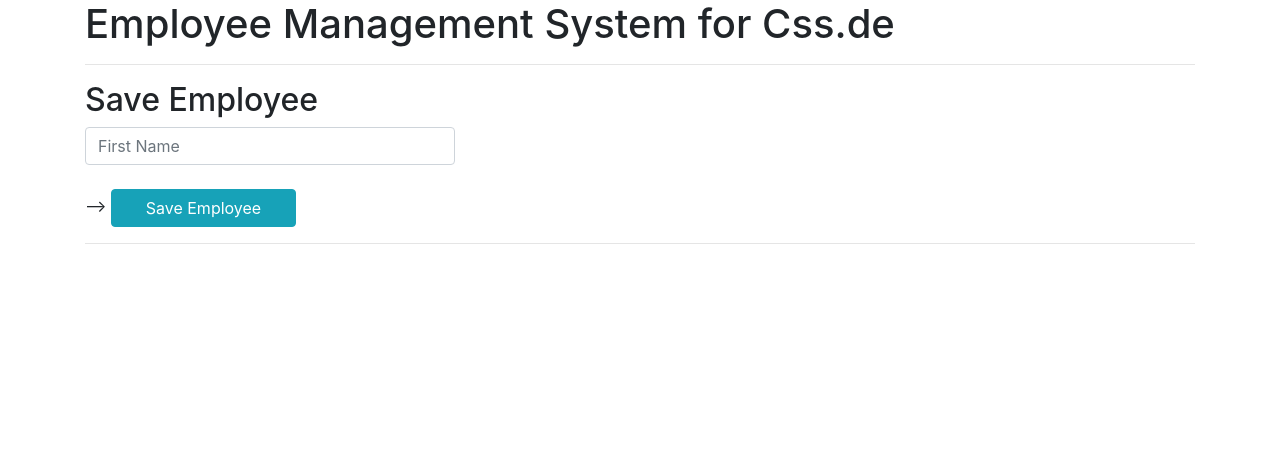
Repository: Len2/Topic4
Page: src/main/resources/templates/newIdCard.html
The author's editor kept a copy of each file at every save. The page is drawn from the files as they stood at one save, then again after the next save.
The browser window is 1280 px wide. The pictures show the whole page.

Above is the page before, as saved 2020-09-06 17:12:27.

After the next save:
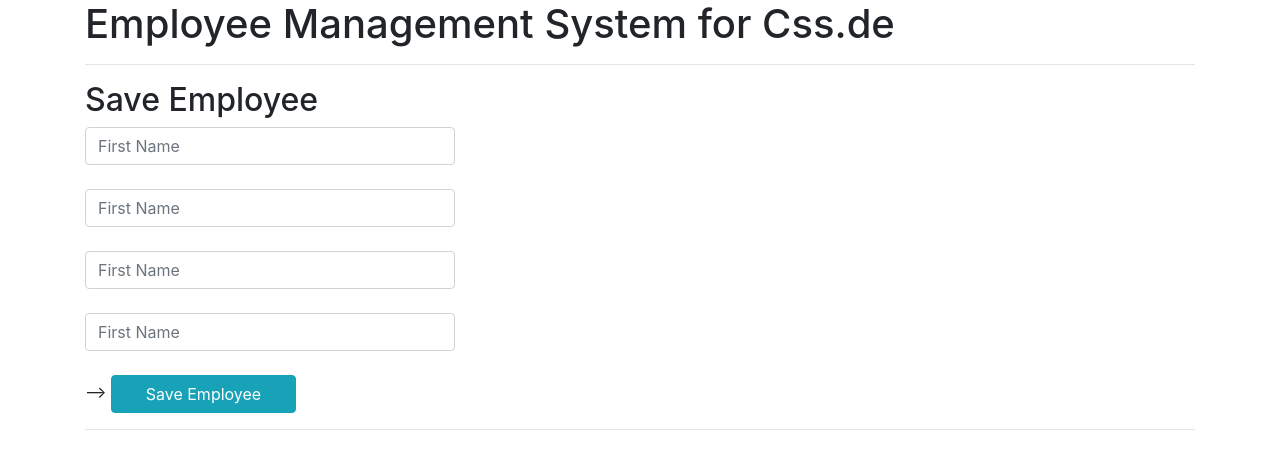
Saved 5 s later.
--- a/src/main/resources/templates/newIdCard.html
+++ b/src/main/resources/templates/newIdCard.html
@@ -21,6 +21,14 @@
 			<input type="text" th:field="*{lastName}"
             placeholder="First Name" class="form-control mb-4 col-4">
 
+            <input type="text" th:field="*{lastName}"
+            placeholder="First Name" class="form-control mb-4 col-4">
+
+            <input type="text" th:field="*{lastName}"
+            placeholder="First Name" class="form-control mb-4 col-4">
+
+            <input type="text" th:field="*{lastName}"
+			placeholder="First Name" class="form-control mb-4 col-4">
 
 
 				 -->
